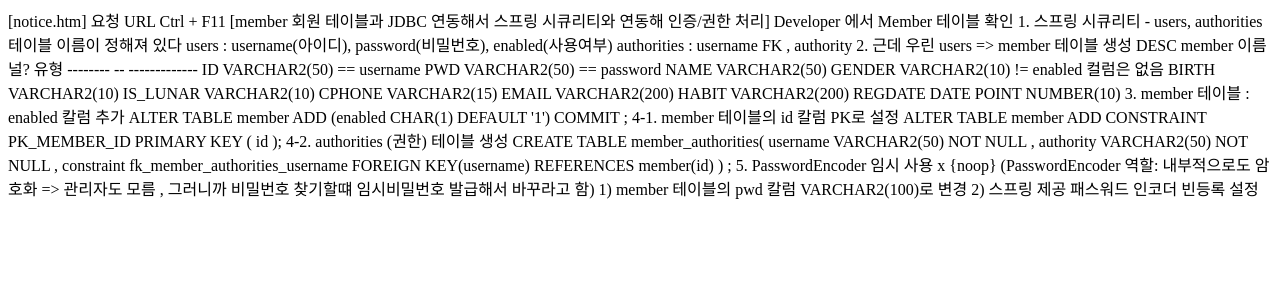
Repository: Vida0822/-
Page: SL11_SECURITY2_JDBC/src/main/webapp/customer/notice.htm
The author's editor kept a copy of each file at every save. The page is drawn from the files as they stood at one save, then again after the next save.
The browser window is 1280 px wide. The pictures show the whole page.

Above is the page before, as saved 2023-07-05 00:52:15.

### SL11_SECURITY2_JDBC/src/main/webapp/customer/notice.htm
[notice.htm] 요청 URL
Ctrl + F11

[member 회원 테이블과 JDBC 연동해서 스프링 시큐리티와 연동해 인증/권한 처리]

 Developer 에서 Member 테이블 확인

1. 스프링 시큐리티 -  users, authorities 테이블 이름이 정해져 있다

	users : username(아이디), password(비밀번호), enabled(사용여부)
	authorities : username FK , authority


2. 근데 우린 users => member 테이블 생성

DESC member

이름       널? 유형
-------- -- -------------
ID          VARCHAR2(50)  				== username
PWD         VARCHAR2(50)  				== password
NAME        VARCHAR2(50)
GENDER      VARCHAR2(10)  			!= enabled 컬럼은 없음
BIRTH       VARCHAR2(10)
IS_LUNAR    VARCHAR2(10)
CPHONE      VARCHAR2(15)
EMAIL       VARCHAR2(200)
HABIT       VARCHAR2(200)
REGDATE     DATE
POINT       NUMBER(10)

3. member 테이블 : enabled 칼럼 추가
ALTER TABLE member
ADD (enabled CHAR(1) DEFAULT '1')
COMMIT ;

4-1. member 테이블의 id 칼럼 PK로 설정

ALTER TABLE member
	ADD
		CONSTRAINT PK_MEMBER_ID
		PRIMARY KEY (
			id
		);

4-2. authorities (권한) 테이블 생성

CREATE TABLE member_authorities(
    username VARCHAR2(50) NOT NULL
    , authority VARCHAR2(50) NOT NULL
    , constraint fk_member_authorities_username
        FOREIGN KEY(username)
        REFERENCES member(id)
) ;


5. PasswordEncoder 임시 사용 x {noop}
(PasswordEncoder 역할: 내부적으로도 암호화
 => 관리자도 모름 , 그러니까 비밀번호 찾기할떄 임시비밀번호 발급해서 바꾸라고 함)

1) member 테이블의 pwd 칼럼 VARCHAR2(100)로 변경

2) 스프링 제공 패스워드 인코더 빈등록 설정
<bean id="bCryptPasswordEncoder" class="org.springframework.security.crypto.bcrypt.BCryptPasswordEncoder"></bean>

After the next save:
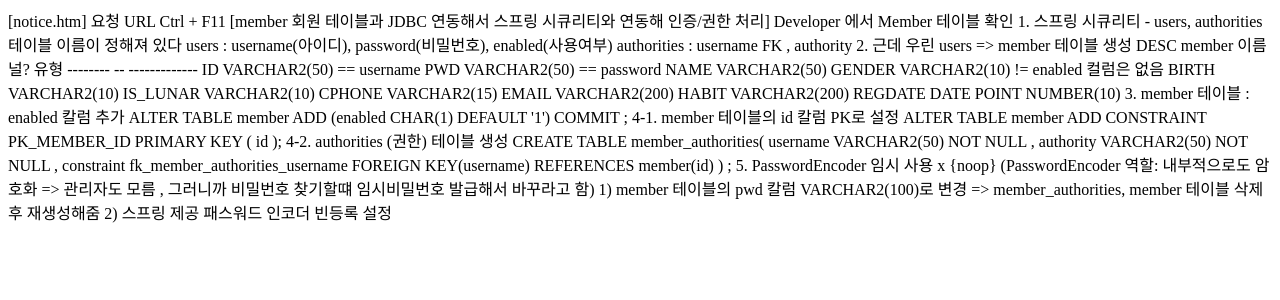
Saved 31 s later.
--- a/SL11_SECURITY2_JDBC/src/main/webapp/customer/notice.htm
+++ b/SL11_SECURITY2_JDBC/src/main/webapp/customer/notice.htm
@@ -59,6 +59,8 @@ CREATE TABLE member_authorities(
  => 관리자도 모름 , 그러니까 비밀번호 찾기할떄 임시비밀번호 발급해서 바꾸라고 함)
 
 1) member 테이블의 pwd 칼럼 VARCHAR2(100)로 변경
+=> member_authorities, member 테이블 삭제 후 재생성해줌
+
 
 2) 스프링 제공 패스워드 인코더 빈등록 설정
 <bean id="bCryptPasswordEncoder" class="org.springframework.security.crypto.bcrypt.BCryptPasswordEncoder"></bean>
